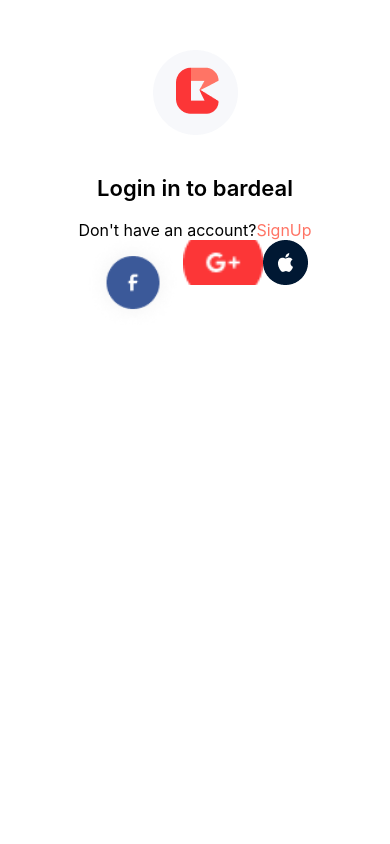
Repository: krunallogisticinfotech/bardealapp-clone
Screen: /
The author's editor kept a copy of each file at every save. The screen is drawn from the files as they stood at one save, then again after the next save.
The app was drawn by React Native's web renderer in a window 390 px wide. The project was rebuilt for these pictures with package versions that can differ from the ones it lists, and the page was loaded fresh each time.

Above is the screen before, as saved 2021-10-21 18:11:29.

After the next save:
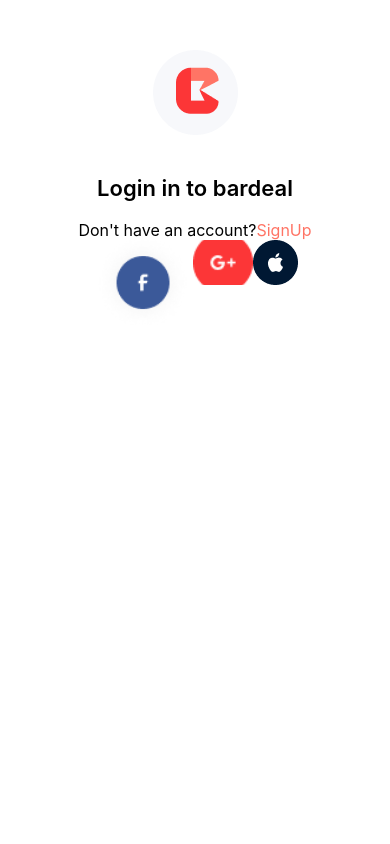
Saved 4 s later.
--- a/screens/Loginscreen.js
+++ b/screens/Loginscreen.js
@@ -58,7 +58,7 @@
     width: 100,
   },
   GoogleIcon:{
-    width: 80,
+    width: 60,
   }
 
 });
